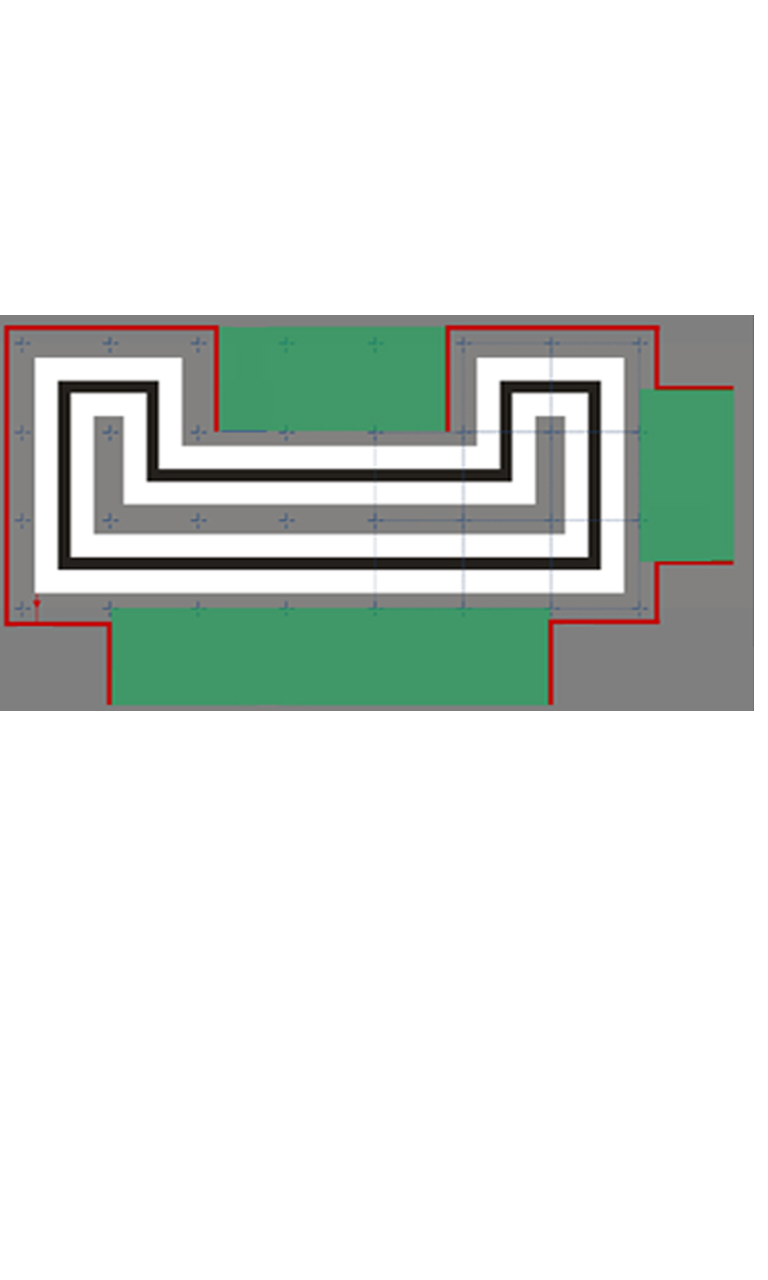
Repository: VietPhamTuyen/HSAMR_HMI_Viet
Layout: NXT/NXT Fernsteuerung/res/layout/landscapemode.xml
An editor plug-in stored every save of this project. The layout is shown before and after the next save, followed by the edit.
It is drawn on a 768 x 1280 px phone screen (xhdpi) without system bars, with theme AppTheme; the app's code is not run.

Above is the layout before, as saved 2014-11-15 20:25:28.

### NXT/NXT Fernsteuerung/res/layout/landscapemode.xml
<?xml version="1.0" encoding="utf-8"?>
<AbsoluteLayout xmlns:android="http://schemas.android.com/apk/res/android"
    android:layout_width="match_parent"
    android:layout_height="match_parent"
    android:orientation="horizontal"  >

    <Button
        android:id="@+id/portraitbutton"
        android:layout_width="wrap_content"
        android:layout_height="wrap_content"
        android:layout_x="927dp"
        android:layout_y="11dp"
        android:onClick="PortraitButton"
        android:text="@string/portraitButton" />

    <FrameLayout
        android:layout_width="wrap_content"
        android:layout_height="wrap_content"
        android:layout_x="-7dp"
        android:layout_y="-2dp" >
    </FrameLayout>

    <ImageView
        android:id="@+id/imageView1"
        android:layout_width="wrap_content"
        android:layout_height="wrap_content"
        android:layout_x="-7dp"
        android:layout_y="8dp"
        android:src="@drawable/map_hor_v1_2" />

</AbsoluteLayout>

### NXT/NXT Fernsteuerung/res/values/strings.xml
<resources>
    <string name="app_name">RCTestapp</string>
    <string name="menu_settings">Settings</string>
    <string name="title_activity_main">RCTestapp</string>
    <string name="title_activity_position_visualization">PositionVisualization</string>
    <string name="x_Value">x:</string>
    <string name="y_Value">y:</string>
    <string name="title_paired_devices">Paired devices</string>
	<string name="title_other_devices">Other devices</string>
	<string name="title_activity_bluetooth">Bluetooth</string>
	<string name="setupBluetooth">Connect</string>
	<string name="text_scan_bt_devices">Scan for devices</string>
	<string name="bt_adapter_available">Bluetooth adapter available</string>
	<string name="toggle_text_pause">SCOUT</string>
	<string name="toggle_text_scout">SCOUT</string>
	<string name="togglebutton">ToggleButton</string>
	<string name="textview_status">Status:</string>
	<string name="angle_Value">Angle:</string>
	<string name="distance_front_value">dist front:</string>
	<string name="distance_front_side_value">dist front (side):</string>
	<string name="distance_back_value">dist back:</string>
	<string name="distance_back_side_value">dist back (side):</string>
	<string name="bluetooth_label">Bluetooth:</string>
	<string name="disconnetButton">Disconnect</string>
	<string name="landscapeButton">Landscape</string>
	<string name="portraitButton">Portrait</string>
	<string name="testButton">Test</string>
	<string name="bt_connect_hint">Please select a Robot from the list. Make sure it has been paired, is within bluetooth reach and has been set to connect mode.</string>
</resources>

Loaded but not shown: NXT/NXT Fernsteuerung/res/values-v11/styles.xml (common file); NXT/NXT Fernsteuerung/res/values-v14/styles.xml (common file); NXT/NXT Fernsteuerung/res/values/styles.xml (common file)

After the next save:
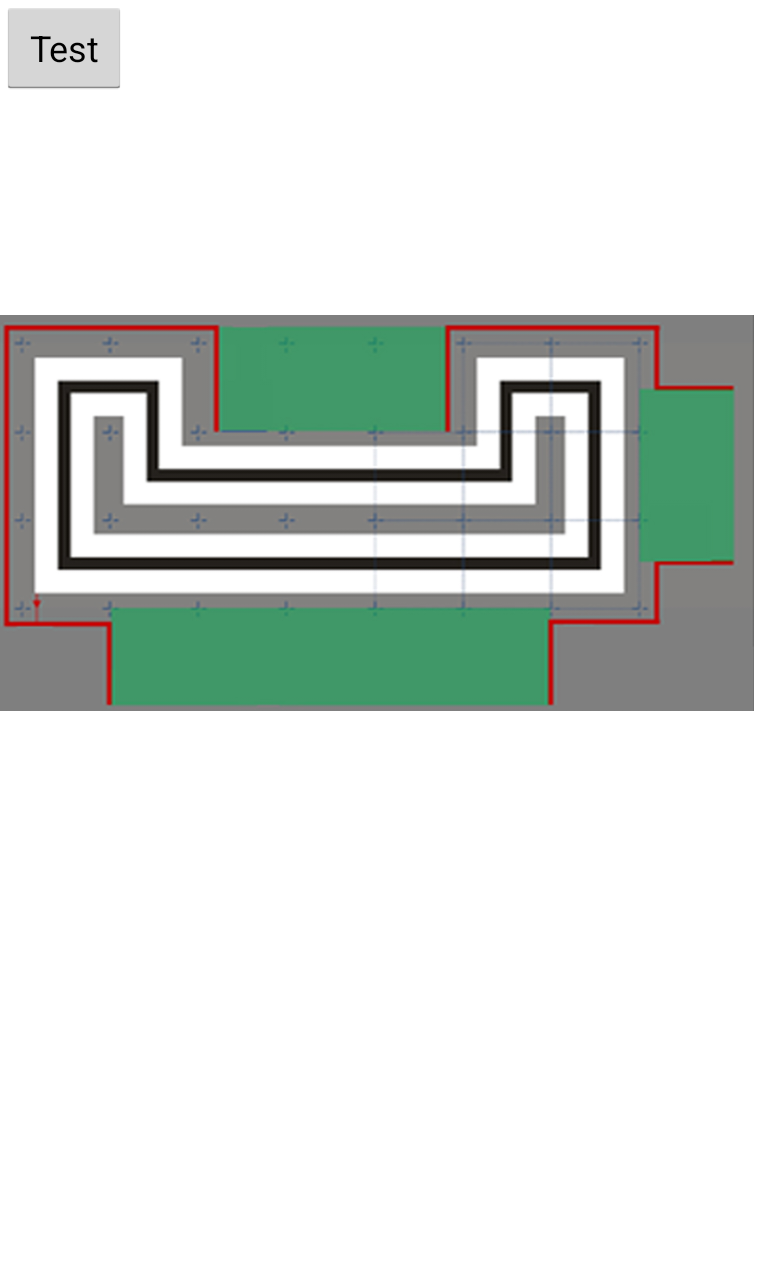
Saved 53 s later.
--- a/NXT/NXT Fernsteuerung/res/layout/landscapemode.xml
+++ b/NXT/NXT Fernsteuerung/res/layout/landscapemode.xml
@@ -28,4 +28,14 @@
         android:layout_y="8dp"
         android:src="@drawable/map_hor_v1_2" />
 
+    <Button
+        android:id="@+id/button1"
+        android:layout_width="wrap_content"
+        android:layout_height="wrap_content"
+        android:layout_alignParentTop="true"
+        android:layout_marginRight="85dp"
+        android:layout_toLeftOf="@+id/landscapebutton"
+        android:onClick="TestButton"
+        android:text="@string/testButton" />
+
 </AbsoluteLayout>
